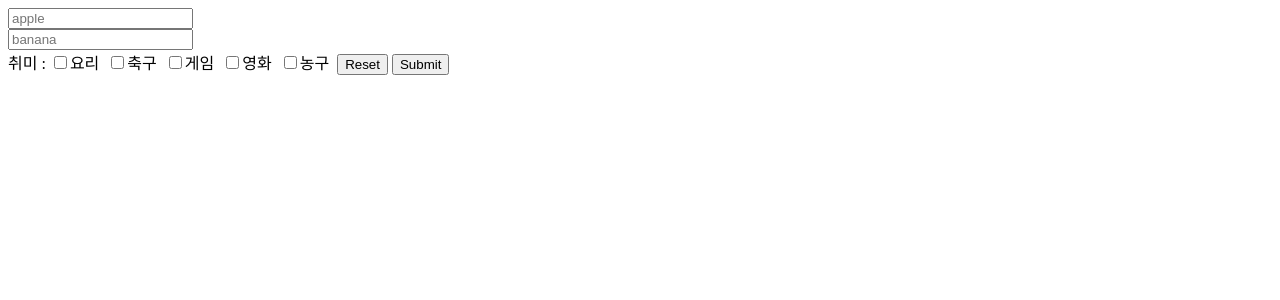
Repository: djdh94/jsp_practice
Page: http://localhost/JSPBasic/jspObject/1.requests/req_param_send.jsp
These files come from the project's save history. The page is drawn as it stood at one moment and after the next save; the edit follows.
The browser window is 1280 px wide. The pictures show the whole page.
The page is served by Tomcat 9. Other server files are loaded and not shown.

Above is the page before, as saved 2022-02-03 06:29:31.

### JSPBasic/src/main/webapp/jspObject/1.requests/req_param_send.jsp
	<%@ page language="java" contentType="text/html; charset=UTF-8"
    pageEncoding="UTF-8"%>
<!DOCTYPE html>
<html>
<head>
<meta charset="UTF-8">
<title>Insert title here</title>
</head>
<body>

<%-- form의 action의 바로 목적지를 적는 부분임.
웹 개발에서는 받을 페이지 화면의 주소를 적어줌 --%>
	<form action="req_param_getpost.jsp" method="get">
		<input type="text" name="apple" placeholder="apple"/><br/>
		<input type="password" name="banana" placeholder="banana"/><br/>

		취미 :
		<input type="checkbox" name="hobby" value="요리">요리&nbsp;
		<input type="checkbox" name="hobby" value="축구">축구&nbsp;
		<input type="checkbox" name="hobby" value="게임">게임&nbsp;
		<input type="checkbox" name="hobby" value="영화">영화&nbsp;
		<input type="checkbox" name="hobby" value="농구">농구&nbsp;

		<input type="reset"/>
		<input type="submit"/>
	</form>
</body>
</html>

After the next save:
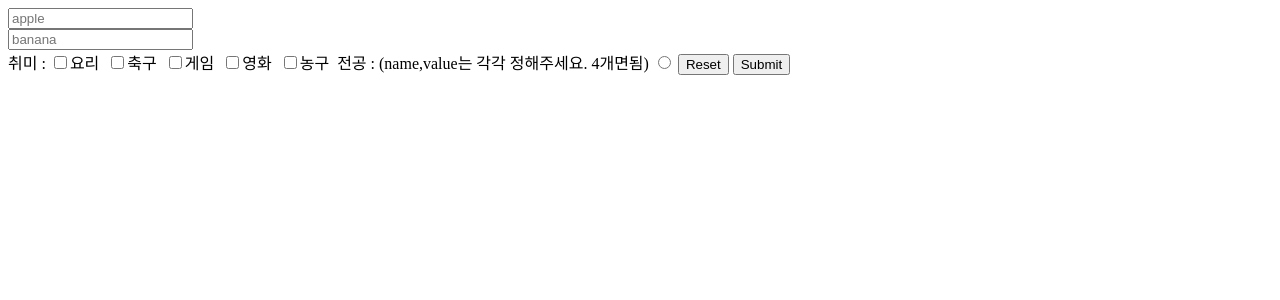
Saved 9 min 15 s later.
--- a/JSPBasic/src/main/webapp/jspObject/1.requests/req_param_send.jsp
+++ b/JSPBasic/src/main/webapp/jspObject/1.requests/req_param_send.jsp
@@ -21,6 +21,9 @@
 		<input type="checkbox" name="hobby" value="영화">영화&nbsp;
 		<input type="checkbox" name="hobby" value="농구">농구&nbsp;
 
+		전공 : (name,value는 각각 정해주세요. 4개면됨)
+		<input type="radio" name="major" value="정보통신">
+
 		<input type="reset"/>
 		<input type="submit"/>
 	</form>
